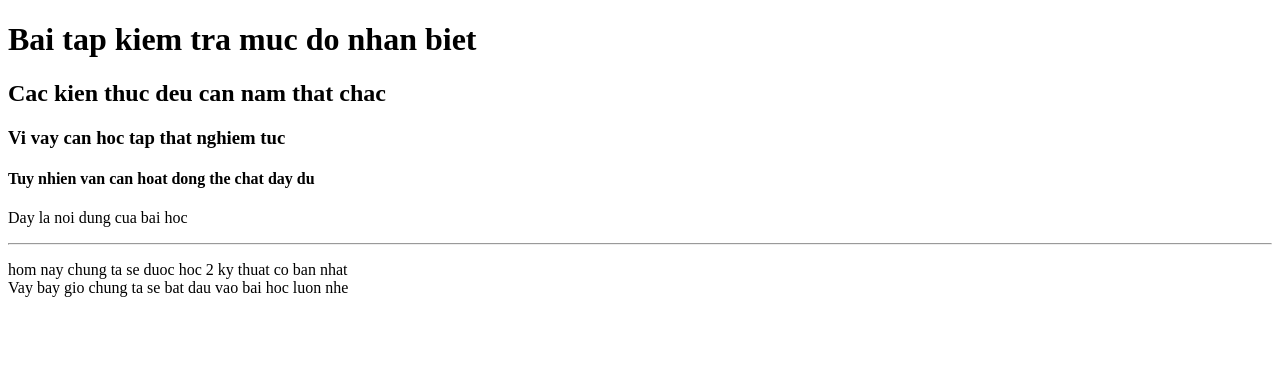
Repository: bachphamudu/my-tech-docs
Page: index.html
An editor plug-in stored every save of this project. The page is shown before and after the next save, followed by the edit.
The browser window is 1280 px wide. The pictures show the whole page.

Above is the page before, as saved 2026-10-17 09:11:29.

### index.html
<!DOCTYPE html>
<html lang="vi">
<head>
    <meta charset="UTF-8">
    <meta name="viewport" content="width=device-width, initial-scale=1.0">
    <title>Bai tap</title>
</head>
<body>
    <h1>Bai tap kiem tra muc do nhan biet</h1>
    <h2>Cac kien thuc deu can nam that chac</h2>
    <h3>Vi vay can hoc tap that nghiem tuc</h3>
    <h4>Tuy nhien van can hoat dong the chat day du</h4>
    <p>Day la noi dung cua bai hoc</p>
    <hr>
    <p>hom nay chung ta se duoc hoc 2 ky thuat co ban nhat <br>
    Vay bay gio chung ta se bat dau vao bai hoc luon nhe</p>

</body>
</html>

After the next save:
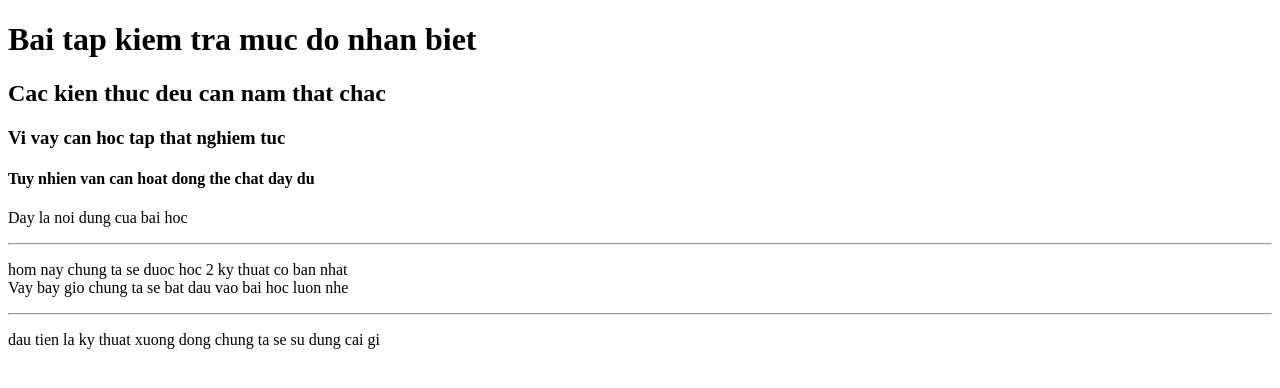
Saved 23 s later.
--- a/index.html
+++ b/index.html
@@ -14,6 +14,8 @@
     <hr>
     <p>hom nay chung ta se duoc hoc 2 ky thuat co ban nhat <br>
     Vay bay gio chung ta se bat dau vao bai hoc luon nhe</p>
-
+    <hr>
+    <p>dau tien la ky thuat xuong dong chung ta se su dung cai gi <br>
+    </p>
 </body>
 </html>
